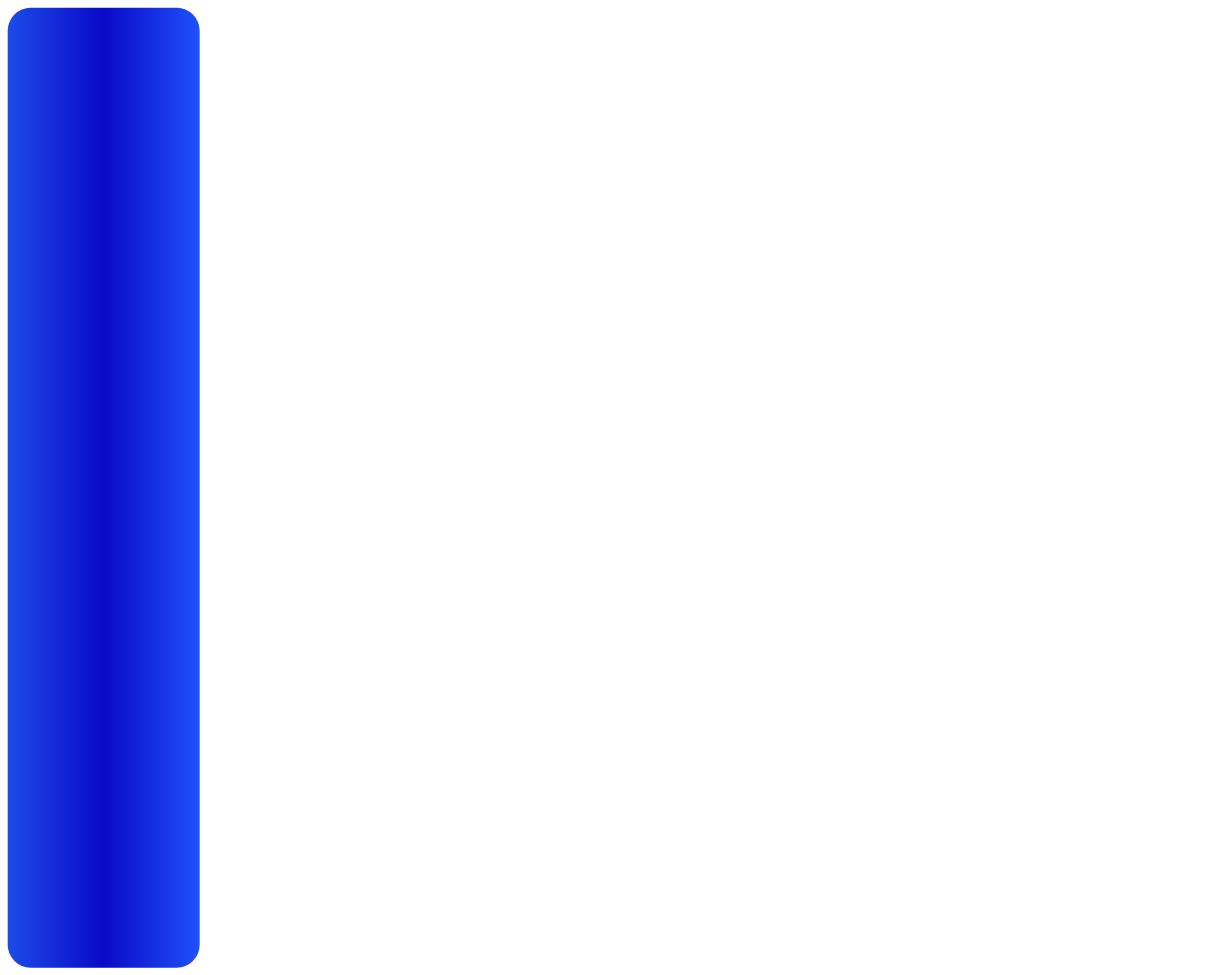
Repository: rafalzacher1/smartify-interface
Page: navigation.html
An editor plug-in stored every save of this project. The page is shown before and after the next save, followed by the edit.
The browser window is 1280 px wide. The pictures show the whole page, at 96% of full size.

Above is the page before, as saved 2022-06-30 02:10:21.

### navigation.html
<!DOCTYPE html>
<html lang="en">

<head>
    <link rel="stylesheet" href="./styles/navigation.css">
</head>

<body>
    <nav id="navigation-container">

    </nav>
</body>

</html>

### styles/navigation.css
#navigation-container {
  font-family: "Baloo Bhai";
  font-size: 26px;
  background: rgb(32, 80, 251);
  background: linear-gradient(
    90deg,
    rgba(30, 74, 233, 1) 0%,
    rgba(10, 10, 200, 1) 50%,
    rgba(32, 80, 251, 1) 100%
  );
  border-radius: 24px;
  width: 200px;
  height: 1000px;
}

After the next save:
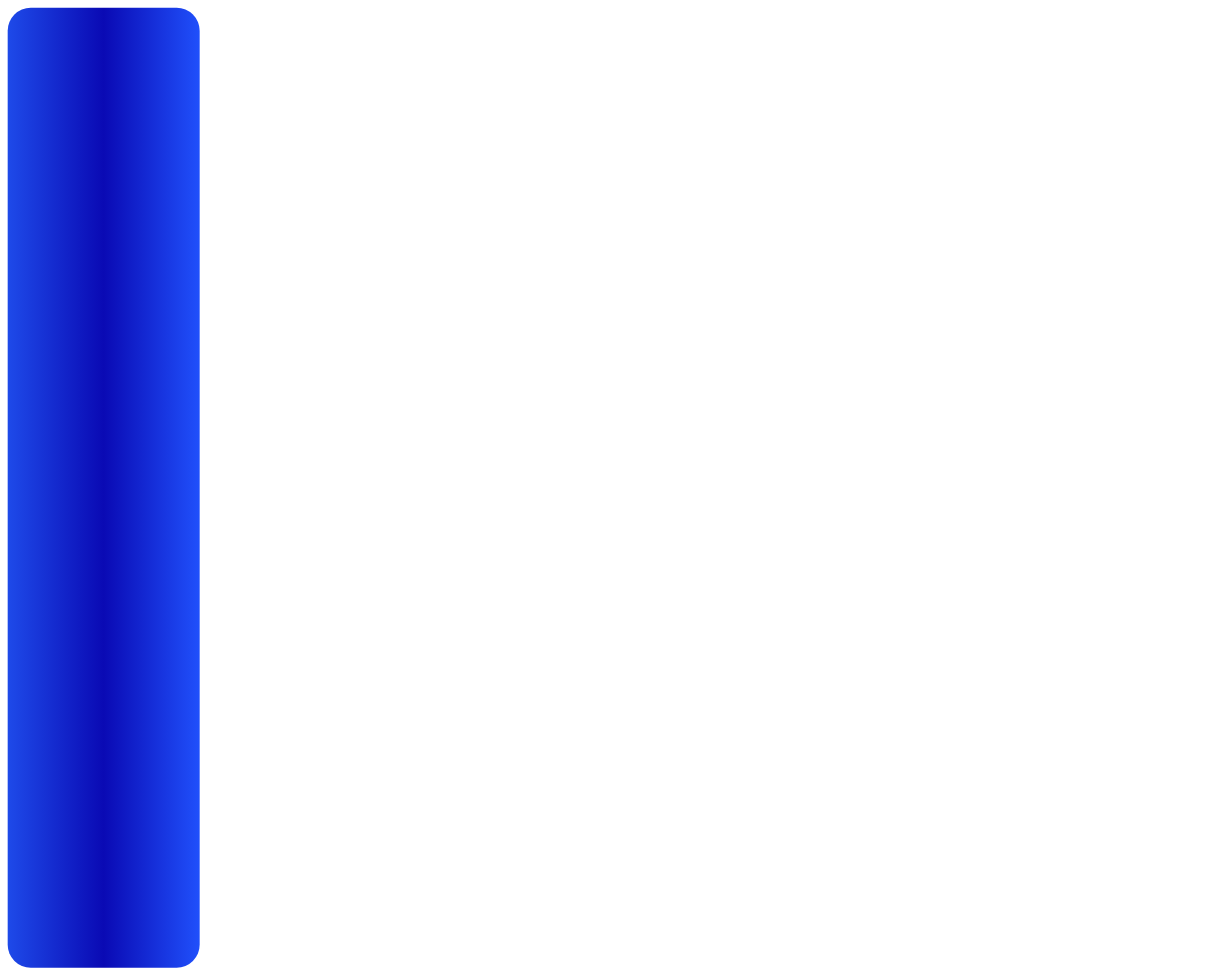
Saved 4 s later.
--- a/styles/navigation.css
+++ b/styles/navigation.css
@@ -5,7 +5,7 @@
   background: linear-gradient(
     90deg,
     rgba(30, 74, 233, 1) 0%,
-    rgba(10, 10, 200, 1) 50%,
+    rgba(10, 10, 180, 1) 50%,
     rgba(32, 80, 251, 1) 100%
   );
   border-radius: 24px;
